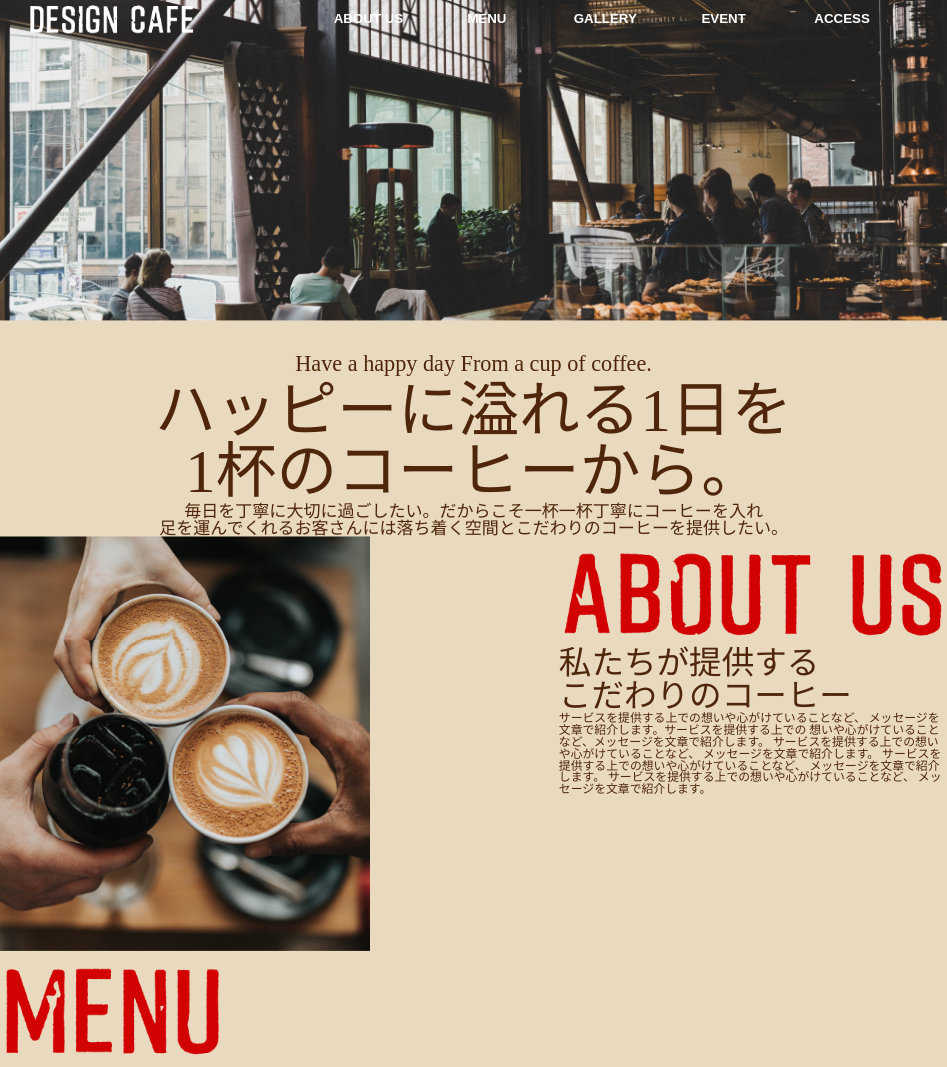
Repository: sonoyama01/dezasuta
Page: 第4回課題/index.html
The author's editor kept a copy of each file at every save. The page is drawn from the files as they stood at one save, then again after the next save.
The browser window is 1280 px wide. The pictures show the whole page, at 74% of full size.

Above is the page before, as saved 2024-05-02 10:58:35.

After the next save:
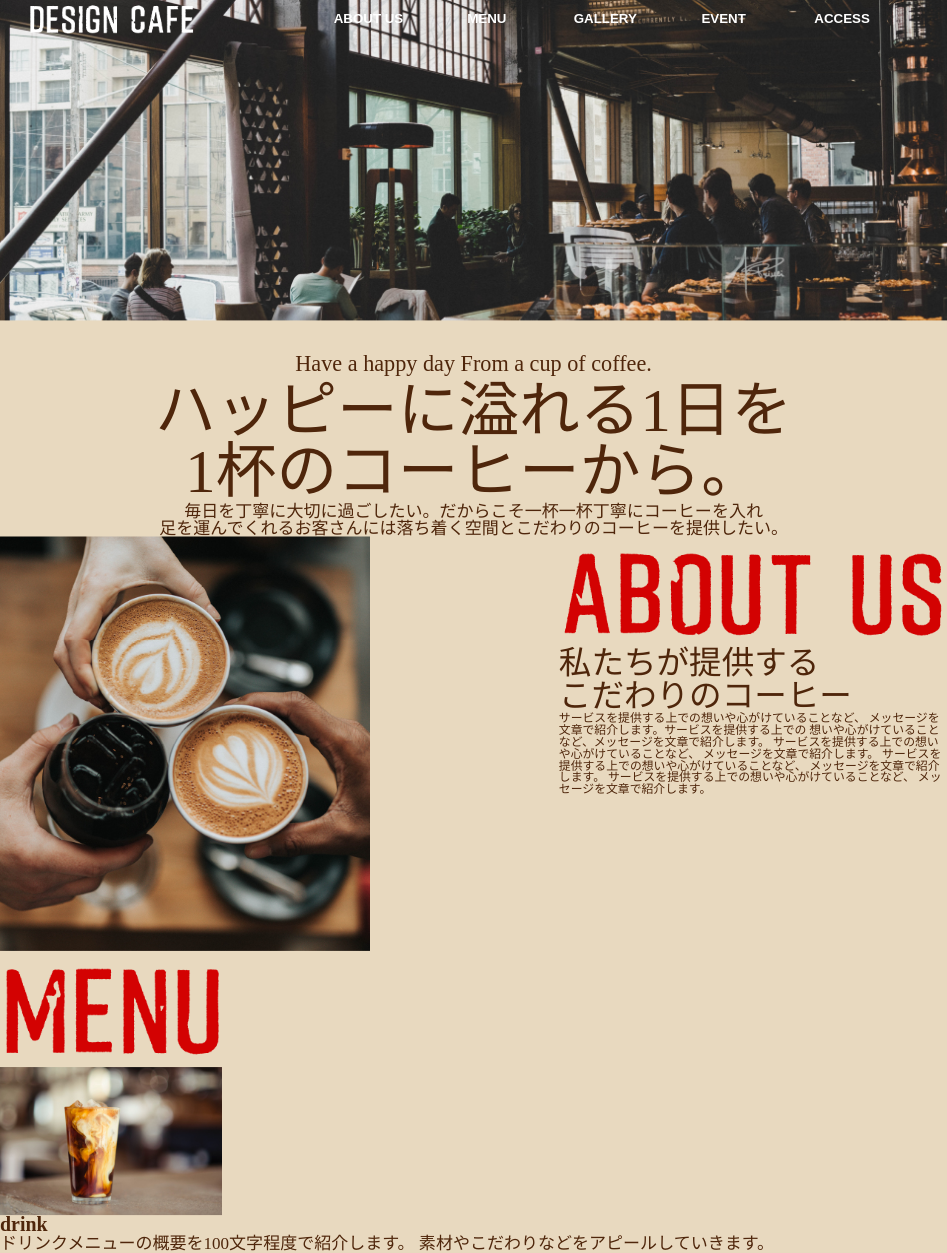
Saved 9 min 28 s later.
--- a/第4回課題/index.html
+++ b/第4回課題/index.html
@@ -83,7 +83,12 @@
     <section id="menu">
         <h2><img src="./images/menu@2x.png" alt="menu"></h2>
         <div class="menu_fx">
-
+            <div class="drink">
+                <img src="./images/pc_menu_drink-100.jpg" alt="drink">
+                <h3>drink</h3>
+                <p class="menu_tx">ドリンクメニューの概要を100文字程度で紹介します。
+                    素材やこだわりなどをアピールしていきます。</p><!-- /.menu_tx -->
+            </div><!-- /.drink -->
         </div><!-- /.menu_fx -->
     </section><!-- /#menu -->
 
